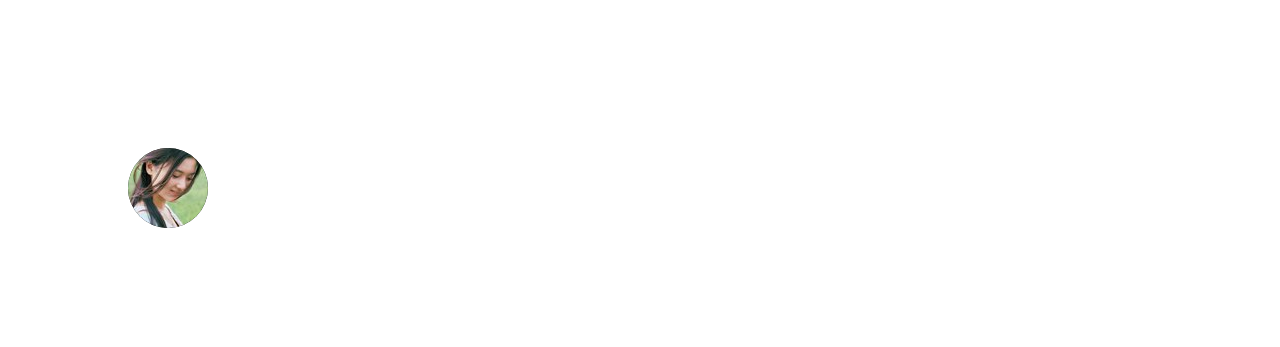
Repository: BlueLionycb/study-demo
Page: canvas-demo/src/index16.html
An editor plug-in stored every save of this project. The page is shown before and after the next save, followed by the edit.
The browser window is 1280 px wide. The pictures show the whole page.

Above is the page before, as saved 2020-01-26 23:29:29.

### canvas-demo/src/index16.html
<!DOCTYPE html>
<html lang="en">
    <head>
        <meta charset="UTF-8">
        <meta name="viewport" content="width=device-width, initial-scale=1.0">
        <meta http-equiv="X-UA-Compatible" content="ie=edge">
        <title>头像切圆</title>
    </head>
    <body>
        <canvas id="myCanvas" height="600" width="600">

        </canvas>

        <script>
        function draw(){
            let canvas=document.getElementById("myCanvas") //画布
            let ctx=canvas.getContext("2d"); //上下文，画笔

            let img= new Image()
            img.src = './img/touxiang.png'

            img.onload = function(){
                ctx.beginPath();
                ctx.arc(160,180,40,0,Math.PI*2)
                ctx.fill()
                ctx.clip()
                ctx.drawImage(this,70,100)
            }
        }

        draw();

    </script>
    </body>
</html>

After the next save:
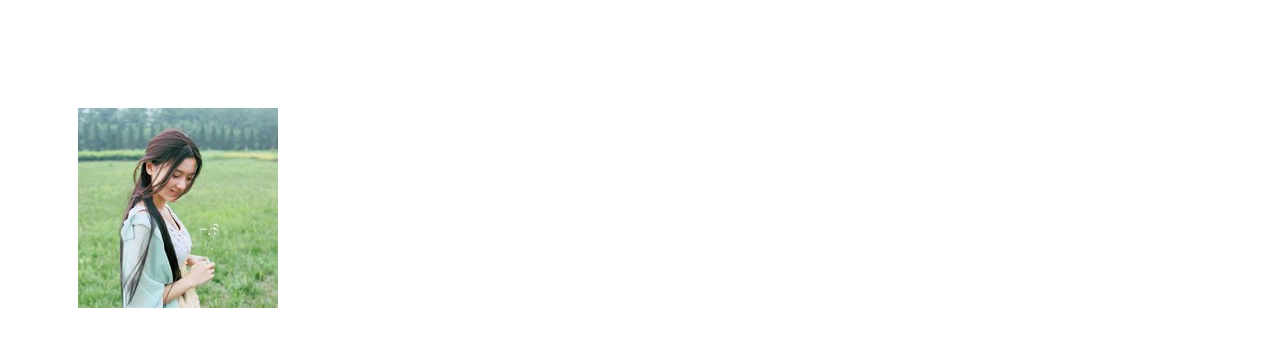
Saved 12 s later.
--- a/canvas-demo/src/index16.html
+++ b/canvas-demo/src/index16.html
@@ -23,7 +23,7 @@
                 ctx.beginPath();
                 ctx.arc(160,180,40,0,Math.PI*2)
                 ctx.fill()
-                ctx.clip()
+                //ctx.clip()
                 ctx.drawImage(this,70,100)
             }
         }

After the 2 saves that followed:
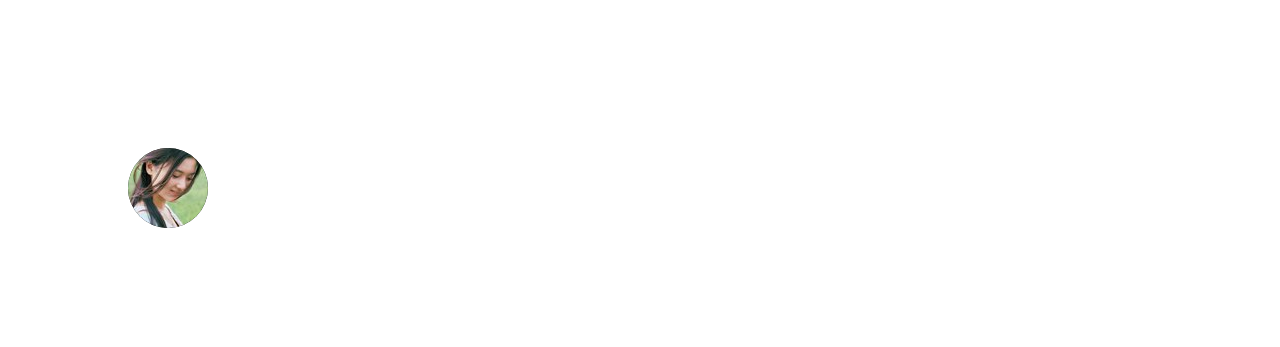
The 2 saves are shown as one change because they came seconds apart.
The last was saved 99 s later.
--- a/canvas-demo/src/index16.html
+++ b/canvas-demo/src/index16.html
@@ -23,7 +23,7 @@
                 ctx.beginPath();
                 ctx.arc(160,180,40,0,Math.PI*2)
                 ctx.fill()
-                //ctx.clip()
+                ctx.clip()//从原始画布中剪切任意形状和尺寸
                 ctx.drawImage(this,70,100)
             }
         }
